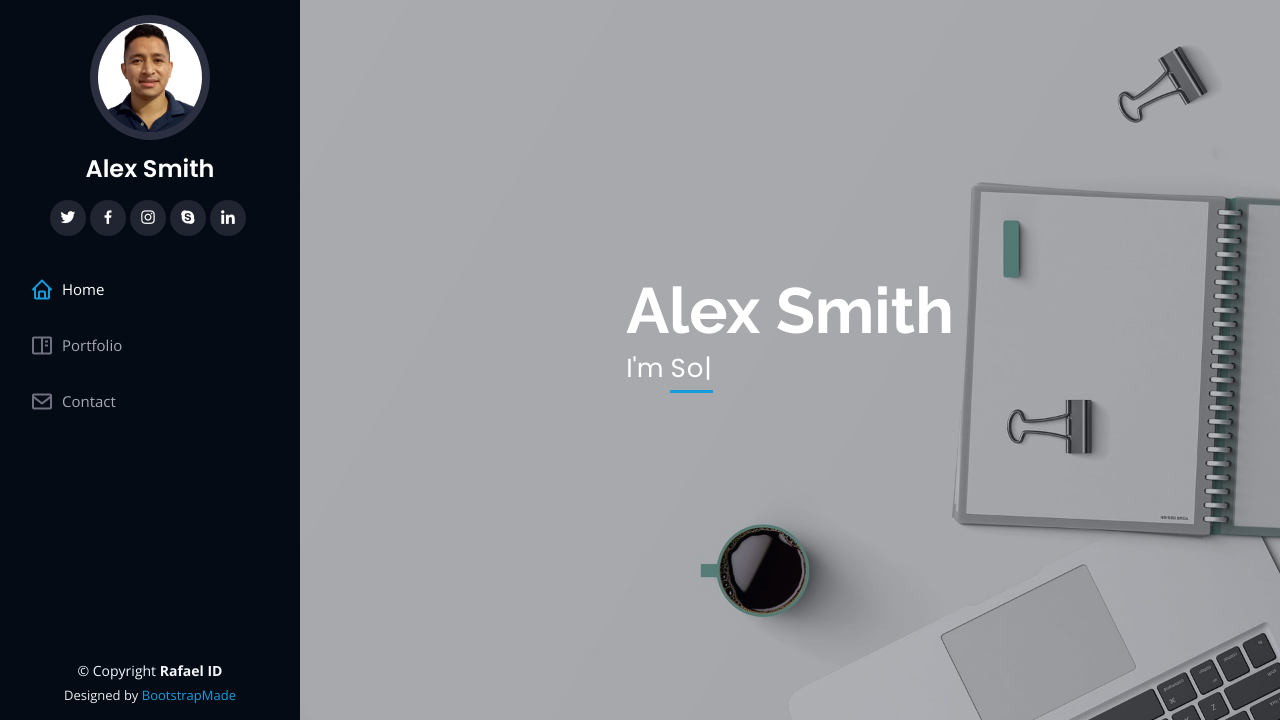
Repository: ralfId/myportfolio
Page: /
These files come from the project's save history. The page is drawn as it stood at one moment and after the next save; the edit follows.
The browser window is 1280 px wide. The pictures show the whole page.
The project was rebuilt for these pictures with package versions that can differ from the ones it lists, and the page was loaded fresh each time. Also part of the build but not shown: src/data/projects.js, src/components/Projects/ProjectItem.js, src/components/Projects/ProjectIndex.js, src/helpers/ProjectById.js, src/components/Projects/ProjectDetail.js.

Above is the page before, as saved 2021-09-20 12:02:38.

After the next save:
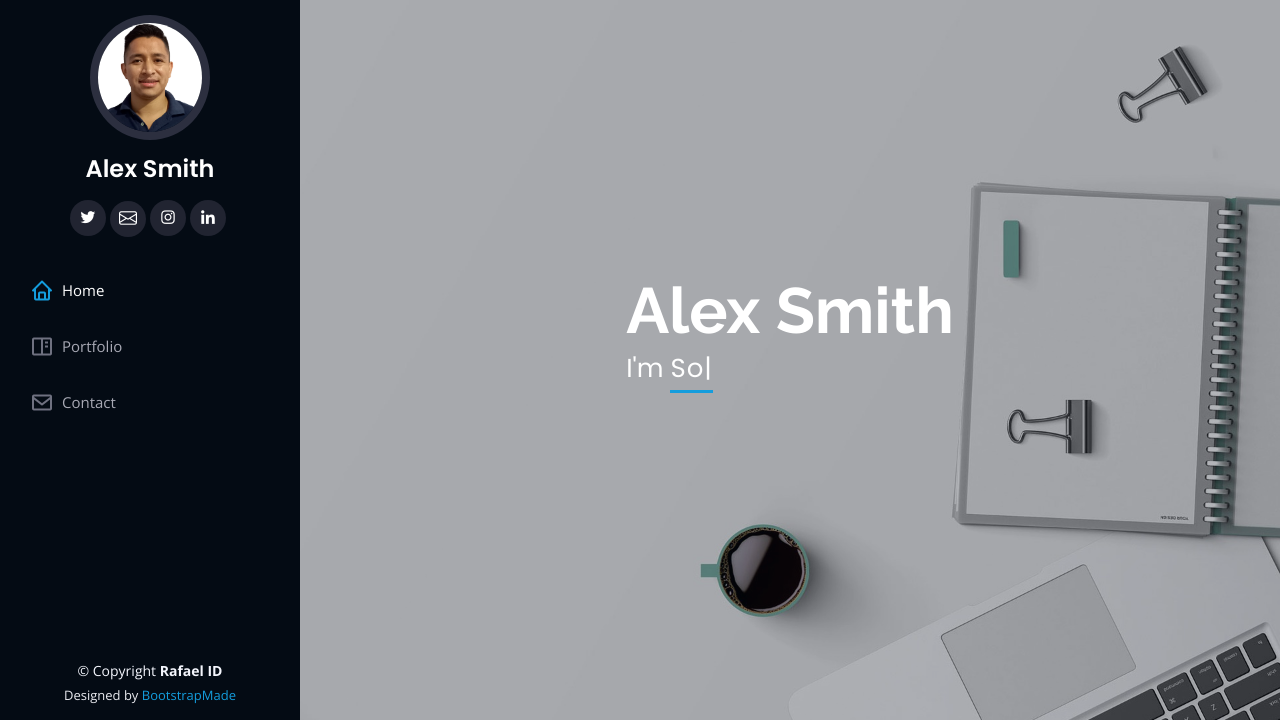
Saved 24 min 53 s later.
--- a/src/components/Nav.js
+++ b/src/components/Nav.js
@@ -25,10 +25,9 @@ export const Nav = () => {
             <h1 className="text-light"><a href="index.html">Alex Smith</a></h1>
             <div className="social-links mt-3 text-center">
               <a href="http://localhost:3000/index" className="twitter"><i className="bx bxl-twitter"></i></a>
-              <a href="http://localhost:3000/index" className="facebook"><i className="bx bxl-facebook"></i></a>
+              <a href="mailto:ralf_raid@outlook.es" className="facebook"><i class="bi bi-envelope"></i></a>
               <a href="http://localhost:3000/index" className="instagram"><i className="bx bxl-instagram"></i></a>
-              <a href="http://localhost:3000/index" className="google-plus"><i className="bx bxl-skype"></i></a>
-              <a href="http://localhost:3000/index" className="linkedin"><i className="bx bxl-linkedin"></i></a>
+              <a href="hhttps://www.linkedin.com/in/rafaelid/" className="linkedin"><i className="bx bxl-linkedin"></i></a>
             </div>
           </div>
 
